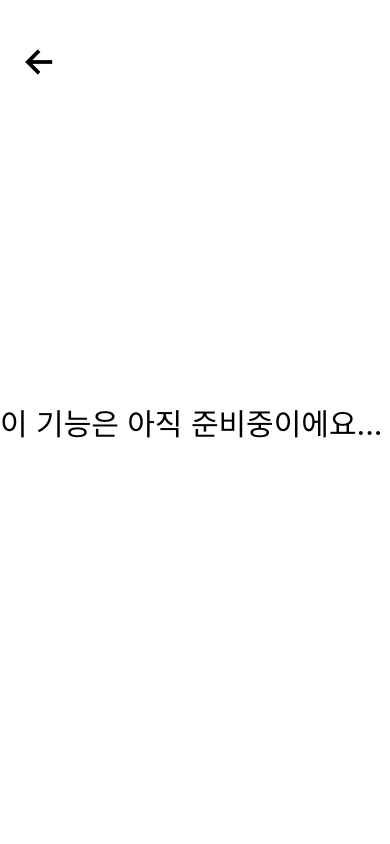
Repository: Unique0902/GachiDutch
Screen: /Ready
These files come from the project's save history. The screen is drawn as it stood at one moment and after the next save; the edit follows.
The app was drawn by React Native's web renderer in a window 390 px wide. The project was rebuilt for these pictures with package versions that can differ from the ones it lists, and the page was loaded fresh each time. Some packages were replaced by stand-ins written for this rebuild. Also part of the build but not shown: sources/components/lowBar/lowBar.jsx, sources/components/taxi/taxi.jsx, sources/components/user/user.jsx, sources/components/alarm/alert.js, sources/components/alarm/alarm.jsx, sources/components/dutch_history/dutch_history.jsx, sources/components/dutchpay_historys/dutchpay_historys.jsx, sources/components/delivery_historys/delivery_historys.jsx and 12 more.

Above is the screen before, as saved 2022-11-14 22:30:18.

After the next save:
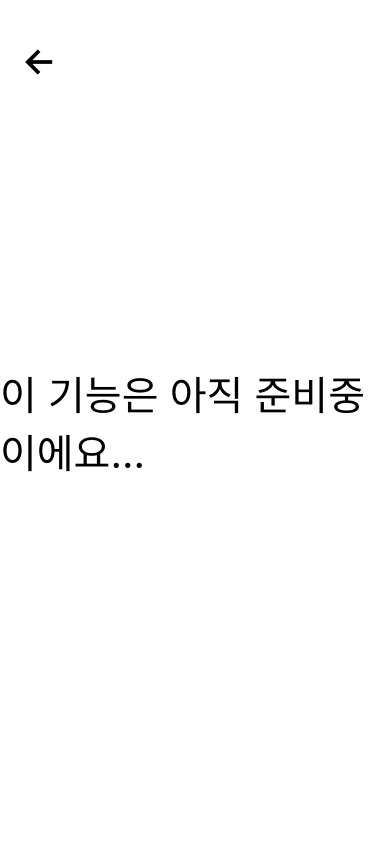
Saved 4 s later.
--- a/sources/components/ready/ready.jsx
+++ b/sources/components/ready/ready.jsx
@@ -27,7 +27,7 @@ const styles = StyleSheet.create({
     justifyContent: 'center',
   },
   readyText: {
-    fontSize: 30,
+    fontSize: 40,
   },
   backBtn: {
     position: 'absolute',
